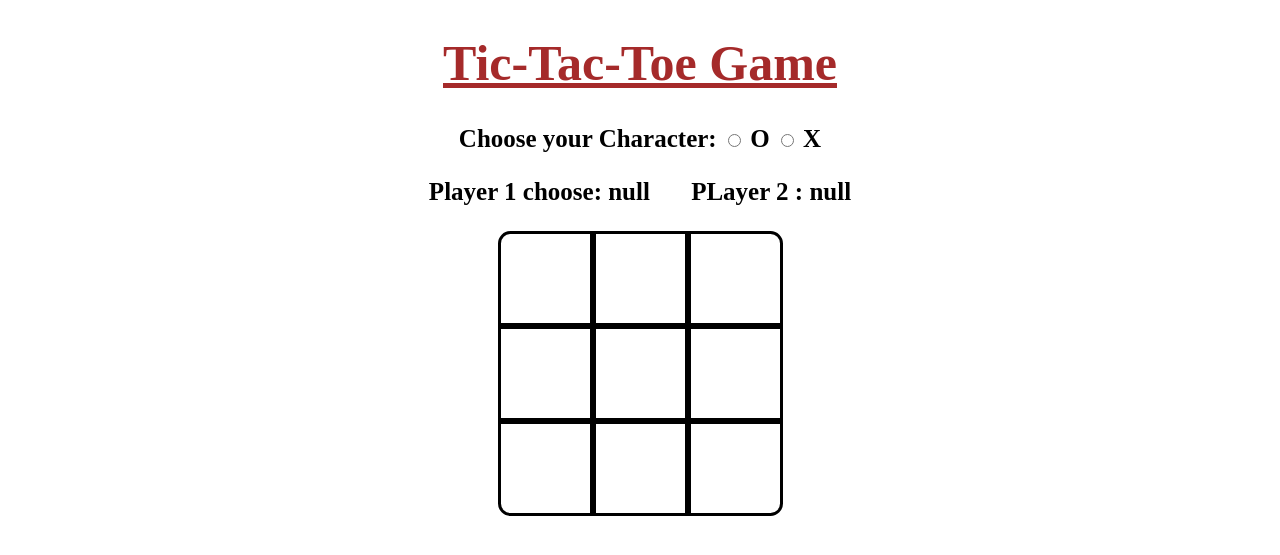
Repository: 0101chaitanya/Tic-Tac-Toe
Page: index.html
An editor plug-in stored every save of this project. The page is shown before and after the next save, followed by the edit.
The browser window is 1280 px wide. The pictures show the whole page.

Above is the page before, as saved 2021-06-12 12:36:51.

### index.html
<!DOCTYPE html>
<html>

<head>
    <meta charset="utf-8">
    <title>Tic-Tac-Toe Game</title>
    <meta name="viewport" content="width=device-width, initial-scale=1">

    <link rel="stylesheet" href="styles.css">
</head>

<body>
    <div id='block1'>
        <h1 id="heading">Tic-Tac-Toe Game</h1>
        <form>
            Choose your Character:
            <input value="O" name="radio" onclick="eventFun.setUser(this)" type="radio">
            <label for="O">O</label>
            <input value="X" name="radio" onclick="eventFun.setUser(this)" type="radio">
            <label for="X">X</label>

        </form>
        <div id="player">
            <span id='1'>Player 1 choose:</span>
            <span id='2'>PLayer 2 :</span>
        </div>
        <form id="gameSquare">
            <section id="row1">
                <div id="r1Column1"></div>
                <div id="rlColumn2"></div>
                <div id="rlColumn3"></div>
            </section>
            <section id="row2">
                <div id="r2Column1"></div>
                <div id="r2Column2"></div>
                <div id="r2Column3"></div>
            </section>
            <section id="row3">
                <div id="r3Column1"></div>
                <div id="r3Column2"></div>
                <div id="r3Column3"></div>
            </section>
        </form>
    </div>
    <div id="ResultBox">
        <span id="closebtn">&times;</span>
        <strong id="resultOut"></strong>
    </div>

</body>
<script type="text/javascript" src="script.js"></script>

</html>

### styles.css
:root {
    text-align: center;
    font-weight: bold;
}

* {
    box-sizing: border-box;
}

@media screen and (max-width: 400px) {
     :root {
        font-size: 14px;
    }
}

@media screen and (min-width: 401px) and (max-width: 700px) {
     :root {
        font-size: 18px;
    }
}

@media screen and (min-width: 701px) {
     :root {
        font-size: 25px;
    }
}

body {
    color: rgb(119, 196, 43) background: antiquewhite;
}

h1 {
    color: brown;
    text-decoration: underline;
    text-decoration-style: solid;
}

label>input {
    color: red;
    border: 1px solid;
}

#player {
    display: block;
    margin: 1rem auto 1rem auto;
}

#player>span {
    margin: auto 0.7rem auto 0.7rem;
}

#gameSquare {
    width: min-content;
    height: min-content;
    display: block;
    margin: auto;
}

#gameSquare>section:nth-child(n) {
    /* border-style: solid;
     */
    width: min-content;
    height: min-content;
    display: flex;
    justify-content: center;
    align-items: center;
}

#gameSquare>section:nth-child(n)>div:nth-child(n) {
    display: flex;
    margin: auto;
    width: 3.8rem;
    height: 3.8rem;
    border-style: solid;
    border-width: 0.15rem;
    justify-content: center;
    align-items: center;
    font-size: 1.8rem;
}

#gameSquare>section:nth-child(1)>div:nth-child(1) {
    border-top-left-radius: 0.5rem;
}

#gameSquare>section:nth-child(1)>div:nth-child(3) {
    border-top-right-radius: 0.5rem;
}

#gameSquare>section:nth-child(3)>div:nth-child(1) {
    border-bottom-left-radius: 0.5rem;
}

#gameSquare>section:nth-child(3)>div:nth-child(3) {
    border-bottom-right-radius: 0.5rem;
}

#ResultBox {
    height: fit-content;
    width: 13rem;
    display: none;
    margin-left: auto;
    margin-right: auto;
    margin-top: 3rem;
    position: relative;
    top: -12rem;
    border-color: rgb(162, 162, 192);
    background-color: rgb(15, 44, 138);
    color: white;
    opacity: 1;
    transition: opacity 0.6s;
    margin-bottom: 15px;
    border-radius: 1rem;
    padding: 1rem;
    text-align: center;
}

#resultOut {
    color: #f0e0e4;
    font-weight: bold;
}

#closebtn {
    margin-left: 15px;
    color: white;
    font-weight: bold;
    float: right;
    font-size: 22px;
    line-height: 20px;
    cursor: pointer;
    transition: 0.3s;
}

#closebtn:hover {
    color: rgb(38, 170, 82);
}

### script.js
"use strict";
let eventFun = (function() {
    let user1Selection, user2Selection, runningCharacter;
    let runningNumber = 0,
        result;

    function setUser(given) {
        localStorage.setItem("user1Selection", given.value);
        document.querySelector(`form`).submit();
    }
    user1Selection = localStorage.getItem("user1Selection");
    user2Selection =
        user1Selection != null ? (user1Selection === "X" ? "O" : "X") : null;
    runningCharacter = user1Selection;
    document.getElementById('1').textContent += ` ` + user1Selection || ' ';
    document.getElementById('2').textContent += ` ` + user2Selection || ' ';

    let array = Array.from(
        document.getElementById("gameSquare").querySelectorAll("div")
    );

    function switchRunChar() {
        runningCharacter = runningCharacter === "O" ? "X" : "O";
        runningNumber = runningNumber === 0 ? 1 : 0;
    }

    function text(i) {
        return array[i].textContent;
    }
    let newArray = Array(array.length).fill();

    function arrayCreator(index, incrementer) {
        return [
            newArray[index],
            newArray[index + incrementer],
            newArray[index + 2 * incrementer],
        ];
    }
    let count = 0;

    let horizontalArray;
    let verticalArray;
    let diagonalArray;

    function parser(arrayInput) {
        let arr = arrayInput.map((item, index) => {
            let res = item.reduce((stack, item) => {
                stack += item;
                return stack;
            });
            return res;
        });
        return arr;
    }

    function send(input) {
        let block1 = document.getElementById('block1');
        block1.style.filter = 'blur(0.5rem)';
        document.getElementById('ResultBox').style.display = 'block';
        document.getElementById('resultOut').textContent = input;
        let close = document.getElementById('closebtn');
        close.onclick = function() {
            let div = this.parentElement;
            div.style.opacity = '0';
            setTimeout(function() {
                div.style.display = "none";
                block1.style.filter = 'blur(0.0rem)';

            }, 600);
        };

    }

    function check(input) {
        input.forEach((item) => {
            if (item === 3) {
                result = item;
                send("Player 2 won");
            } else if (item === 0) {
                result = item;
                send("Player 1 won");
            }
        });
    }

    function checkWin() {
        horizontalArray = [
            arrayCreator(0, 1),
            arrayCreator(3, 1),
            arrayCreator(6, 1),
        ];
        verticalArray = [
            arrayCreator(0, 3),
            arrayCreator(1, 3),
            arrayCreator(2, 3),
        ];
        diagonalArray = [arrayCreator(0, 4), arrayCreator(2, 2)];

        let horizontalParsed = parser(horizontalArray);
        let verticalParsed = parser(verticalArray);

        let diagonalParsed = parser(diagonalArray);
        check(horizontalParsed);
        check(verticalParsed);
        check(diagonalParsed);

        if (count == 8) {
            console.table(horizontalArray, verticalArray, diagonalArray);
            console.table({
                horizontalParsed: horizontalParsed,
                verticalParsed: verticalParsed,
                diagonalParsed: diagonalParsed,
            });
            console.table(newArray);
            if (result == undefined) {
                send("draw");
            }
        }
    }

    let setOutput = function(e, index) {
        e.target.textContent = runningCharacter;
        e.target.removeEventListener("click", (e) => setOutput(e));
        newArray.splice(index, 1, runningNumber);
        switchRunChar();
        checkWin();

        count++;
    };
    array.forEach((item, index) => {
        item.textContent = "";
        item.addEventListener("click", (e) => setOutput(e, index), { once: true });
    });
    return { result, array, setOutput, setUser, count };
})();

After the next save:
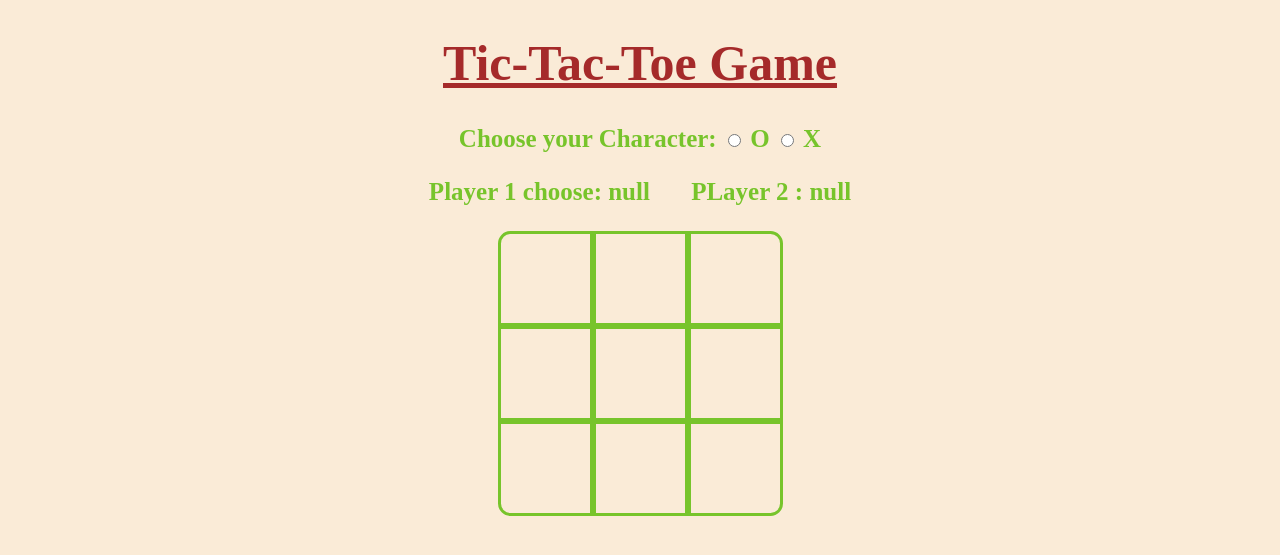
Saved 9 s later.
--- a/styles.css
+++ b/styles.css
@@ -26,7 +26,8 @@
 }
 
 body {
-    color: rgb(119, 196, 43) background: antiquewhite;
+    color: rgb(119, 196, 43);
+    background: antiquewhite;
 }
 
 h1 {
